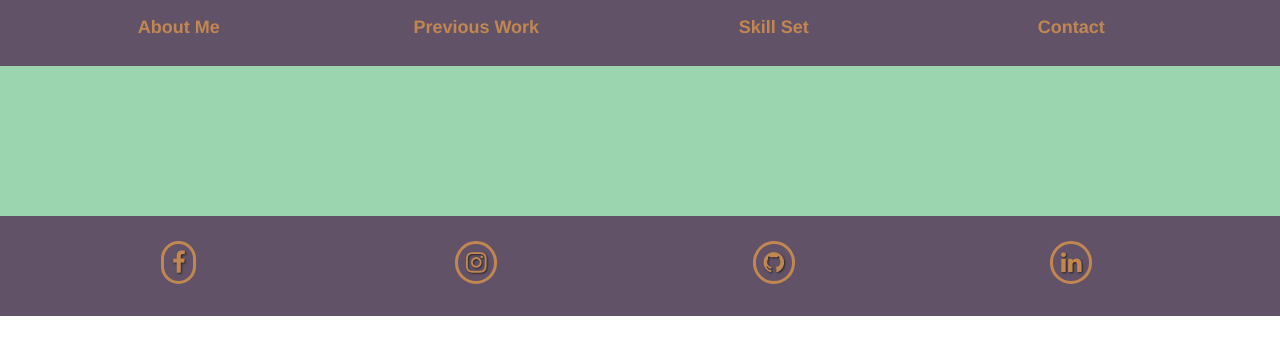
Repository: Rang3rDang3r/Portfolio
Page: main.html
The author's editor kept a record of every edit. The page is drawn from the files as they stood at one moment, then again after the next edit.
The browser window is 1280 px wide. The pictures show the whole page.

Above is the page before.

### main.html
<!DOCTYPE html>
<html lang="en">
<head>

    <meta charset="UTF-8">
    <meta name="viewport" content="width=device-width, initial-scale=1.0">
    <meta http-equiv="X-UA-Compatible" content="ie=edge">

    <!-- Stylesheets -->
    <link rel="stylesheet" href="main-style.css" type="text/css" />
    <link rel="stylesheet" href="https://maxcdn.bootstrapcdn.com/bootstrap/3.3.7/css/bootstrap.min.css">
    <link rel="stylesheet" href="https://maxcdn.bootstrapcdn.com/font-awesome/4.7.0/css/font-awesome.min.css" type="text/css" />
    <link href="https://fonts.googleapis.com/css?family=Arimo&display=swap" rel="stylesheet">
    <!-- /Stylesheets -->

    <title>Stuart Evans - Web Developer</title>

</head>
<body>

    <!-- Nav Bar -->
    <nav>
        <div class="container-fluid">
            <div class="row col-xs-12">
                <ul class="nav-bar col-xs-12">
                    <li class="nav-link col-xs-6 col-sm-3">
                        <a href="#">About Me</a>
                    </li>
                    <li class="nav-link col-xs-6 col-sm-3">
                        <a href="#">Previous Work</a>
                    </li>
                    <li class="nav-link col-xs-6 col-sm-3">
                        <a href="#">Skill Set</a>
                    </li>
                    <li class="nav-link col-xs-6 col-sm-3">
                        <a href="#">Contact</a>
                    </li>
                </ul>
            </div>
        </div>
    </nav>
    <!--/Nav Bar -->

    <!-- About Me -->
    <section>
        <div class="eton-blue"></div>
        <div class="dark-sea-green"></div>
        <div class="vivid-tangerine"></div>
        <div class="mantis"></div>
    </section>
    <!-- About Me -->

    <!-- Previous Work -->
    <section>

    </section>
    <!-- Previous Work -->

    <!-- Skill Set -->
    <section>

    </section>
    <!-- Skill Set -->

    <!-- Contact Form -->
    <section>

    </section>
    <!-- Contact Form -->

    <!-- Footer -->
    <footer>
        <div class="container-fluid">
            <div class="row col-xs-12">
                <ul class="footer-format col-xs-12">
                    <li class="footer-links col-xs-6 col-md-3">
                        <a href="https://www.facebook.com/ranger.danger.91" alt="Facebook" target="_blank"><i class="fa fa-facebook"></i></a>
                    </li>
                    <li class="footer-links col-xs-6 col-md-3">
                        <a href="https://www.instagram.com/rangerroo/" alt="Instagram" target="_blank"><i class="fa fa-instagram"></i></a>
                    </li>
                    <li class="footer-links col-xs-6 col-md-3">
                        <a href="https://github.com/Rang3rDang3r" alt="GitHub" target="_blank"><i class="fa fa-github"></i></a>
                    </li>
                    <li class="footer-links col-xs-6 col-md-3">
                        <a href="https://www.linkedin.com/in/stuart-evans-b672a6139/" alt="LinkedIn" target="_blank"><i class="fa fa-linkedin"></i></a>
                    </li>
                </ul>
            </div>
        </div>
    </footer>
    <!-- /Footer -->

</body>
</html>

### main-style.css
/*--- Font Family ---*/

@import url("https://fonts.googleapis.com/css?family=Arimo:100,200,300,400,500,600,700");

/*--- Background Images ---*/


/*--- Header Format ---*/

h1
h2
h3
h4
h5
h6 {
    font-family: "Arimo", sans-serif;
}

a {
    text-decoration: none !important;
}

/*--- Nav Bar ---*/

nav {
    background-color: #46344e;
    opacity: 0.85;
}

.nav-link {
    color: #46344e;
    text-align: center;
    margin-top: 15px;
    margin-bottom: 15px;
}

.nav-link a {
    color: rgb(184, 115, 51);
    font-family: "Arimo", sans-serif;
    font-weight: bold;
    font-size: large;
}

.nav-link a:hover {
    color: #ffffff;
    transition-duration: 1s;
    transition-timing-function: ease-in-out;
}

/*--- Footer ---*/

footer{
    clear: both;
    min-height: 100px;
    background-color: #46344e;
    opacity: 0.85;
    float: none;
}

.footer-links {
    text-align: center;
}

.footer-format {
    margin-bottom: 20px;
}

.footer-format li {
    color: #46344e;
    padding-top: 15px;
    padding-bottom: 15px;
    margin-top: 15px;
}

.footer-format li a {
    font-family: "Arimo", sans-serif;
    color: rgb(184, 115, 51);
    font-size: x-large;
    text-shadow: 1px 1px 2px #000000;
    padding: 5px 7.5px 5px 7.5px;
    border: 3px solid rgb(184, 115, 51);
    border-radius: 25px;
}

.footer-format li a:hover {
    color: #ffffff;
    border: 5px solid #ffffff;
    transition-duration: 1s;
    transition-timing-function: ease-in-out;
}

/*--- Media Queries ---*/

@media(min-width: 768px) {
    .footer-links {
        display: inline;
    }
}

.eton-blue {
    background-color:#8acea3;
    padding-top: 75px;
    padding-bottom: 75px;
    opacity: 0.85;
}

.eton-blue-b {
    background-color: #8acae3;
    opacity: 1.0;
    padding-top: 15px;
    padding-bottom:15px;

}

After the next edit:
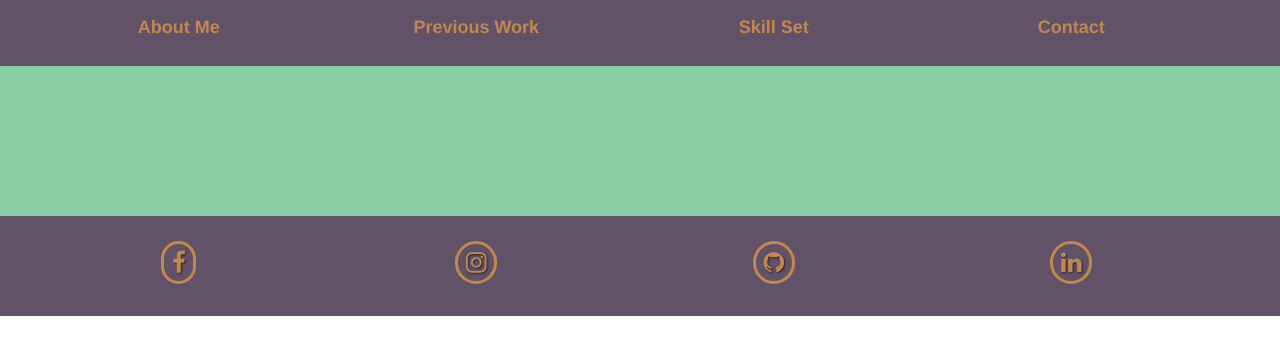
The edit:
--- a/main-style.css
+++ b/main-style.css
@@ -101,7 +101,7 @@
     background-color:#8acea3;
     padding-top: 75px;
     padding-bottom: 75px;
-    opacity: 0.85;
+    opacity: 1;
 }
 
 .eton-blue-b {
